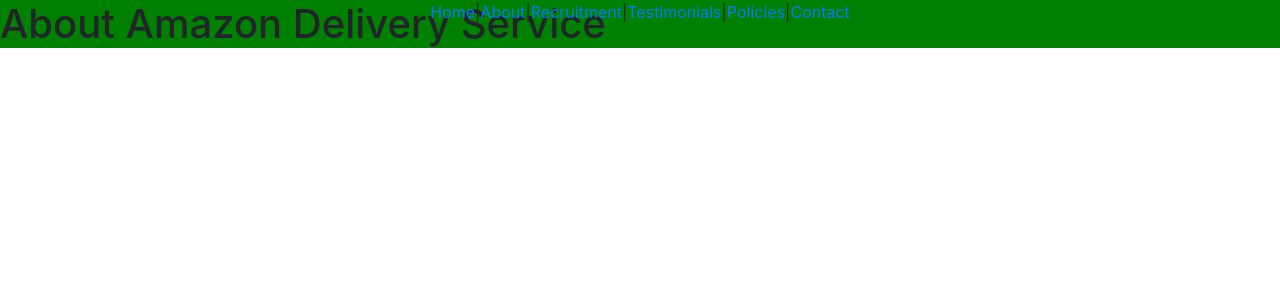
Repository: cerebrium/website
Page: /about
An editor plug-in stored every save of this project. The page is shown before and after the next save, followed by the edit.
The browser window is 1280 px wide. The pictures show the whole page.
The project was rebuilt for these pictures with package versions that can differ from the ones it lists, and the page was loaded fresh each time. Also part of the build but not shown: src/Routes/Recruitment.jsx, src/Routes/Testimonials.jsx, src/Routes/Policies.jsx, src/Routes/Home.jsx, src/Routes/Contact.jsx.

Above is the page before, as saved 2019-11-02 12:27:24.

After the next save:
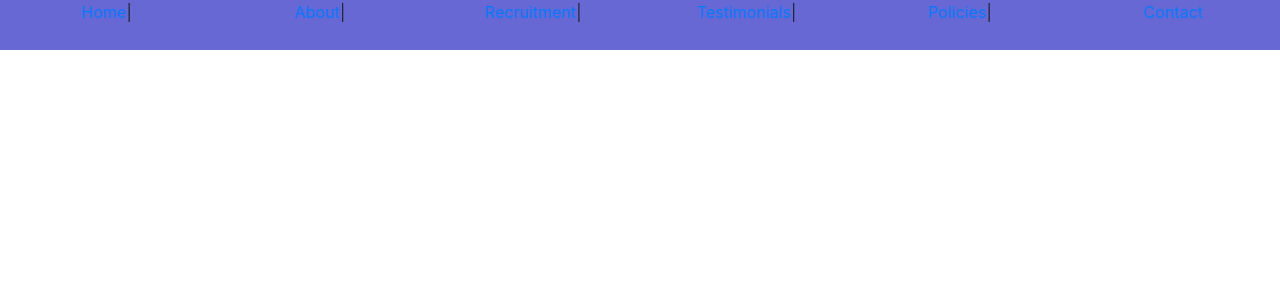
Saved 33 s later.
--- a/src/styles/App.css
+++ b/src/styles/App.css
@@ -21,7 +21,7 @@
 
 }
 
-nav {
+.nav {
   background-color: rgb(104, 104, 212);
   height: 7%; /* Full height */
   width: 100%;
